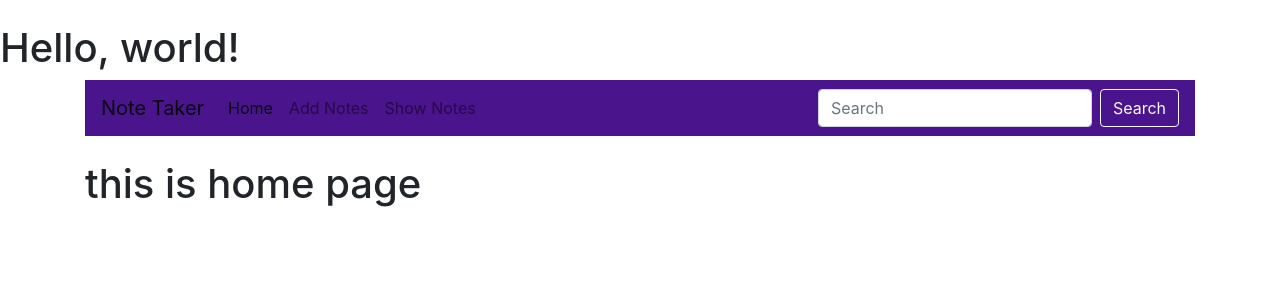
Repository: nayanchy123456/TODO-Project
Page: http://localhost/NoteTaker/
These files come from the project's save history. The page is drawn as it stood at one moment and after the next save; the edit follows.
The browser window is 1280 px wide. The pictures show the whole page.
Some web libraries are served in a nearby version. The page is served by Tomcat 10.

Above is the page before, as saved 2024-09-03 10:50:20.

After the next save:
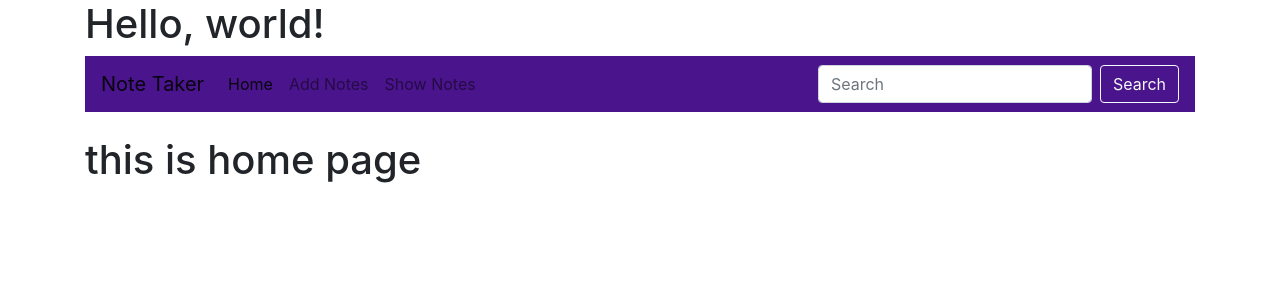
Saved 22 s later.
--- a/TODO webApplication/NoteTaker/src/main/webapp/index.jsp
+++ b/TODO webApplication/NoteTaker/src/main/webapp/index.jsp
@@ -10,10 +10,10 @@
     <%@include file = "all_js_css.jsp" %>
   </head>
   <body>
-  <br>
-    <h1>Hello, world!</h1>
+
 
     <div class = "container">
+    <h1>Hello, world!</h1>
     	<%@include file = "navbar.jsp" %>
 
     	<br>
